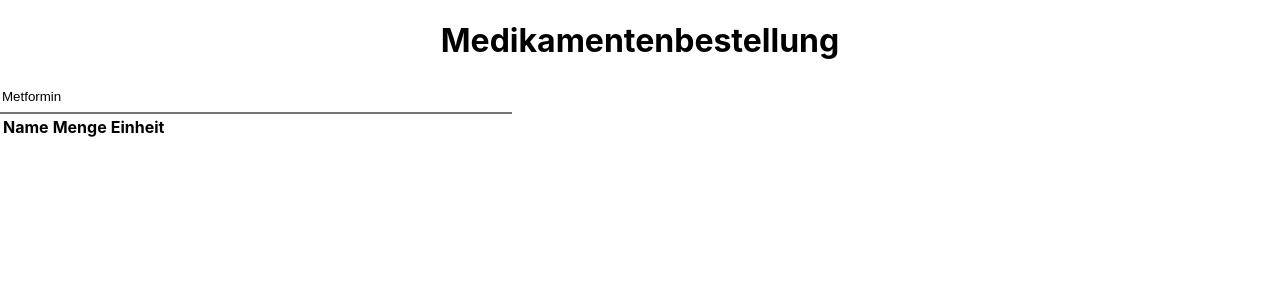
Repository: Esatollah/MedDemo
Page: / (app in client/)
The author's editor kept a copy of each file at every save. The page is drawn from the files as they stood at one save, then again after the next save.
The browser window is 1280 px wide. The pictures show the whole page.
The page's requests for data from a server got no answer. The project was rebuilt for these pictures with package versions that can differ from the ones it lists, and the page was loaded fresh each time. No one was signed in, and anything a server would have sent is missing. Also part of the build but not shown: client/src/App.css.

Above is the page before, as saved 2022-05-31 16:13:12.

After the next save:
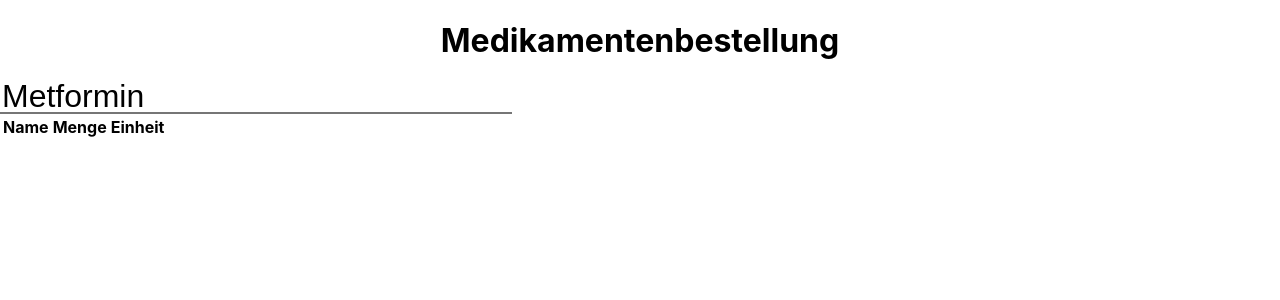
Saved 16 s later.
--- a/client/src/components/Search.css
+++ b/client/src/components/Search.css
@@ -5,7 +5,7 @@
     border-top: hidden;
     border-right: hidden;
     border-left: hidden;
-    size: 2rem;
+    font-size: 2rem;
 }
 
 .table-box {
